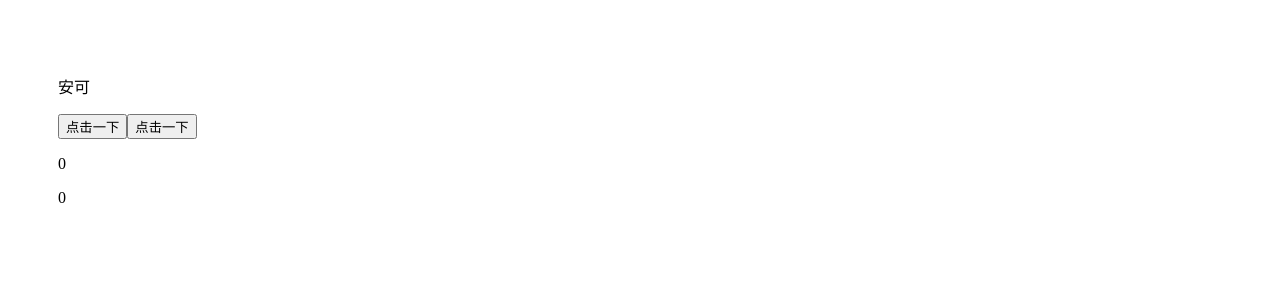
Repository: weianke/bike-admin
Page: /
These files come from the project's save history. The page is drawn as it stood at one moment and after the next save; the edit follows.
The browser window is 1280 px wide. The pictures show the whole page.
The project was rebuilt for these pictures with package versions that can differ from the ones it lists, and the page was loaded fresh each time. Also part of the build but not shown: src/pages/demo/index.css.

Above is the page before, as saved 2018-09-16 15:50:32.

### src/index.js
import React from 'react';
import ReactDOM from 'react-dom';
import './index.css';
import Life from './pages/demo/life';
import registerServiceWorker from './registerServiceWorker';

ReactDOM.render( < Life / > , document.getElementById('root'));
registerServiceWorker();

### src/pages/demo/life.js
import React from 'react'
import Child from './child'

export default class Life extends React.Component {
  constructor(props) {
    super(props);
    this.state = {
      count: 0
    };
  }

  handleAdd = () => {
    this.setState({
      count: this.state.count + 1
    })
  }

  handleClick() {
    this.setState({
      count: this.state.count + 1
    })
  }

  render() {
    var style = {
      padding: 50
    }
    return <div style = {style} >
      <p>安可</p>
      <button onClick={this.handleAdd}>点击一下</button>
      < button onClick = {this.handleClick.bind(this)} >点击一下</button>
      <p>{this.state.count}</p>
      <Child name={this.state.count}></Child>
    </div>
  }
}

### src/pages/demo/child.js
import React from 'react'

export default class Child extends React.Component {
    constructor(props) {
      super(props);
      this.state = {
        count: 0
      };
    }
    componentWillMount() {
      console.log('will mount');
    }

    componentDidMount() {
      console.log('did mount');
    }

    componentWillReceiveProps(newProps) {
       console.log('will props' + newProps.name);
    }

    shouldComponentUpdate() {
      console.log('shold update');
      return true;
    }

    componentWillUpdate() {
      console.log('will update');
    }

    componentDidUpdate() {
       console.log('did update');
    }

    render() {
      return  <div>
        <p>{this.props.name}</p>
      </div>
    }
  }

Loaded but not shown: public/index.html (common file); src/registerServiceWorker.js (common file)

After the next save:
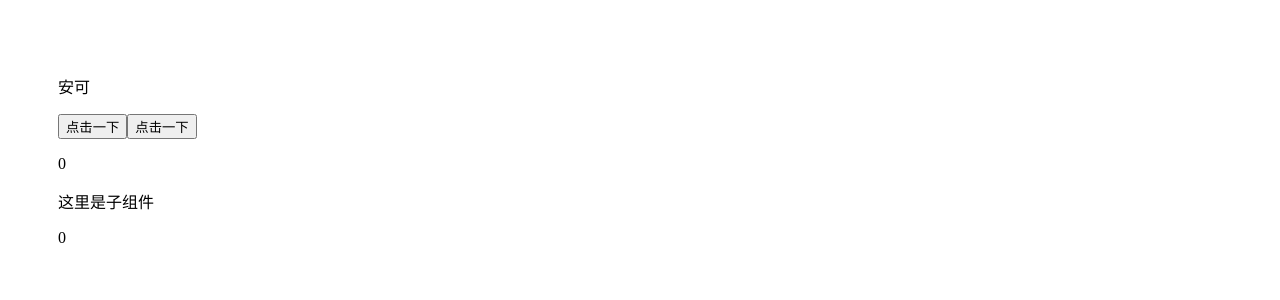
Saved 65 s later.
--- a/src/pages/demo/child.js
+++ b/src/pages/demo/child.js
@@ -34,6 +34,7 @@ export default class Child extends React.Component {
 
     render() {
       return  <div>
+        <p>这里是子组件</p>
         <p>{this.props.name}</p>
       </div>
     }
